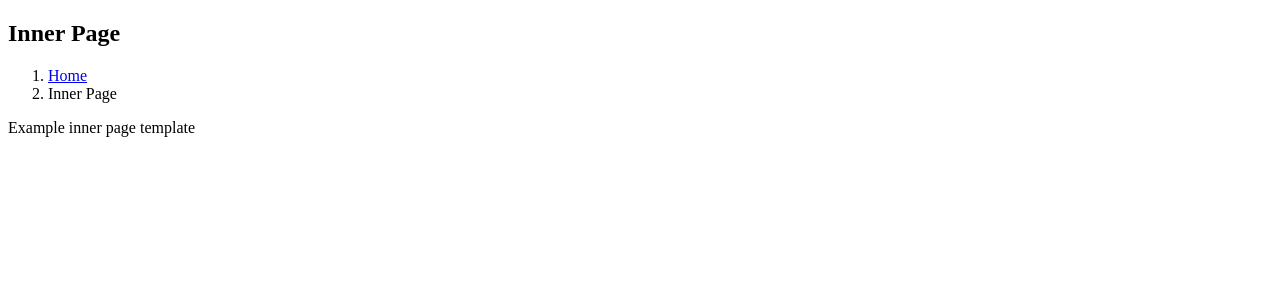
Repository: POLLJJAK/POLLJJAK
Page: http://localhost/POLLJJAK/Inner-page.jsp
The author's editor kept a copy of each file at every save. The page is drawn from the files as they stood at one save, then again after the next save.
The browser window is 1280 px wide. The pictures show the whole page.
Some web fonts or font styles are not loaded; a fallback is used. Some web libraries are served in a nearby version. The page is served by Tomcat 9.

Above is the page before, as saved 2022-12-20 12:45:42.

After the next save:
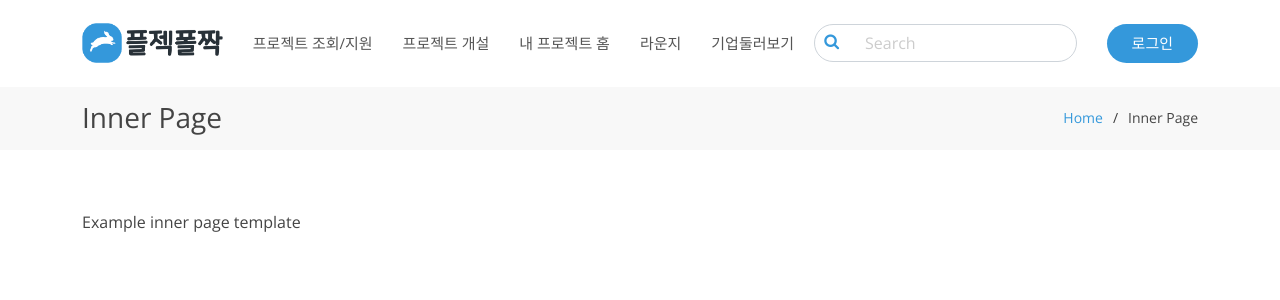
Saved 31 s later.
--- a/POLLJJAK/WebContent/Inner-page.jsp
+++ b/POLLJJAK/WebContent/Inner-page.jsp
@@ -10,7 +10,13 @@
 <!DOCTYPE html>
 <html lang="en">
 
+<!-- head import (css imported)-->
+<c:import url="./common/Head.jsp" />
+
 <body>
+
+<c:import url="./common/Nav.jsp" />
+
 
   <main id="main">
 
